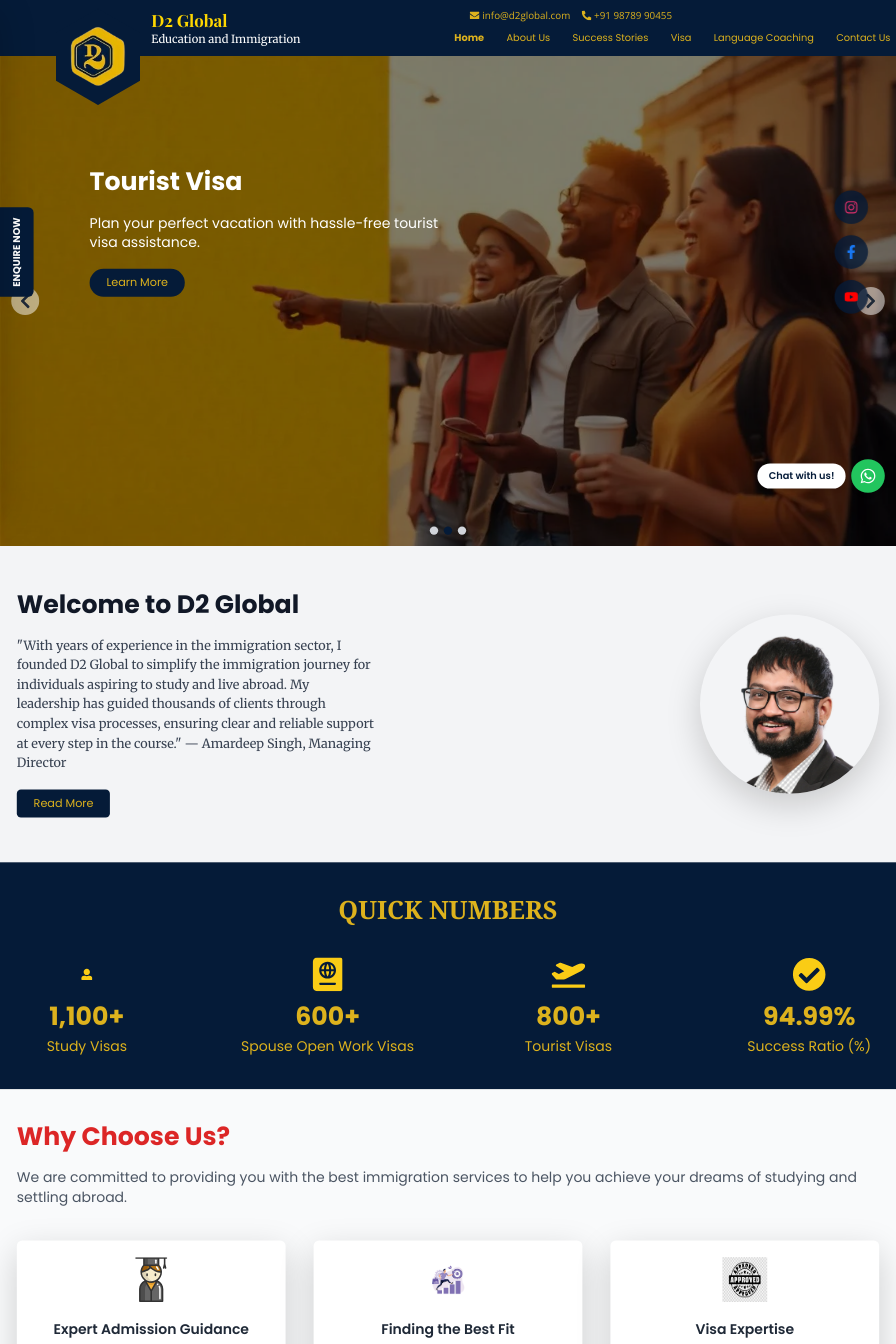
Repository: abhijeets54/d2globalbackup
Page: /
The author's editor kept a copy of each file at every save. The page is drawn from the files as they stood at one save, then again after the next save.
The browser window is 1280 px wide. The pictures show the part of the page from y = 0 to 1920 px (the page is 5754 px tall), at 70% of full size.
Some web fonts or font styles are not loaded; a fallback is used. The project was rebuilt for these pictures with package versions that can differ from the ones it lists, and the page was loaded fresh each time. Also part of the build but not shown: vite.config.js, src/components/Logo.jsx, src/components/Button.jsx, src/components/PostCard.jsx, src/components/Input.jsx, src/components/WhatPeopleAreSaying.jsx, src/components/PassportServiceSlider.jsx, src/components/Register.jsx and 25 more.

Above is the page before, as saved 2024-10-22 13:58:34.

### index.html
<!doctype html>
<html lang="en">
  <head>
    <meta charset="UTF-8" />
    <link rel="icon" type="image/svg+xml" href="/logo.png" />
    <meta name="viewport" content="width=device-width, initial-scale=1.0" />
    <link href="https://fonts.googleapis.com/css2?family=Gothic+A1&family=Inconsolata:wght@200..900&family=Mukta:wght@200;300;400;500;600;700;800&family=Poppins:ital,wght@0,100;0,200;0,300;0,400;0,500;0,600;0,700;0,800;0,900;1,100;1,200;1,300;1,400;1,500;1,600;1,700;1,800;1,900&display=swap" rel="stylesheet">
    <link rel="preconnect" href="https://fonts.googleapis.com">
<link rel="preconnect" href="https://fonts.gstatic.com" crossorigin>
<link href="https://fonts.googleapis.com/css2?family=Lora:ital,wght@0,400..700;1,400..700&family=Merriweather:ital,wght@0,300;0,400;0,700;0,900;1,300;1,400;1,700;1,900&family=Open+Sans:ital,wght@0,300..800;1,300..800&family=Playfair+Display:ital,wght@0,400..900;1,400..900&display=swap" rel="stylesheet">
    <link rel="preconnect" href="https://fonts.googleapis.com">
<link rel="preconnect" href="https://fonts.gstatic.com" crossorigin>
<link href="https://fonts.googleapis.com/css2?family=Lora:ital,wght@0,400..700;1,400..700&family=Merriweather:ital,wght@0,300;0,400;0,700;0,900;1,300;1,400;1,700;1,900&family=Open+Sans:ital,wght@0,300..800;1,300..800&display=swap" rel="stylesheet">
    <link rel="preconnect" href="https://fonts.googleapis.com">
<link rel="preconnect" href="https://fonts.gstatic.com" crossorigin>
<link href="https://fonts.googleapis.com/css2?family=Merriweather:ital,wght@0,300;0,400;0,700;0,900;1,300;1,400;1,700;1,900&display=swap" rel="stylesheet">
    <link href="https://cdn.jsdelivr.net/npm/bootstrap@5.3.3/dist/css/bootstrap.min.css" rel="stylesheet" integrity="sha384-QWTKZyjpPEjISv5WaRU9OFeRpok6YctnYmDr5pNlyT2bRjXh0JMhjY6hW+ALEwIH" crossorigin="anonymous">
    <link
  rel="stylesheet"
  href="https://cdnjs.cloudflare.com/ajax/libs/font-awesome/5.15.3/css/all.min.css"
/>
    <title>D2 Global</title>
  </head>
  <body class="bg-slate-400">
    <div id="root"></div>
    <script src="https://cdn.jsdelivr.net/npm/bootstrap@5.3.3/dist/js/bootstrap.bundle.min.js" integrity="sha384-YvpcrYf0tY3lHB60NNkmXc5s9fDVZLESaAA55NDzOxhy9GkcIdslK1eN7N6jIeHz" crossorigin="anonymous"></script>
    <script type="module" src="/src/main.jsx"></script>
  </body>
</html>

### src/main.jsx
import React from 'react';
import ReactDOM from 'react-dom/client';
import { RouterProvider, createBrowserRouter } from 'react-router-dom';
import App from './App.jsx';
import './index.css';
import Home from './pages/Home.jsx';
import About from './components/About.jsx';
import Layout from './components/Layout.jsx';
import AboutUs from './pages/AboutUs.jsx';
import StudyUK from './pages/StudyUK.jsx';
import StudyAus from './pages/StudyAus.jsx';
import StudyCan from './pages/StudyCan.jsx';
import StudyNz from './pages/StudyNz.jsx';
import StudyUSA from './pages/StudyUSA.jsx';
import StudyEurope from './pages/StudyEurope.jsx';
import StudyDubai from './pages/StudyDubai.jsx';
import StudyAbroad from './pages/StudyAbroad.jsx';
import Training from './pages/Training.jsx';
import TouristVisa from './pages/TouristVisa.jsx';
import WorkVisa from './pages/WorkVisa.jsx';
import VisitorVisa from './pages/VisitorVisa.jsx';
import Contactpage from './pages/Contactpage.jsx';
import PR from './pages/PR.jsx';
import IELTSCoaching from './pages/IELTSCoaching.jsx';
import PTECoaching from './pages/PTECoaching.jsx';
import SuccessStories from './pages/SuccessStories.jsx';

const router = createBrowserRouter([
  {
    path: '/',
    element: <App />,
    children: [
      {
        element: <Layout />,
        children: [
          { path: '/', element: <Home /> },
          { path: '/About', element: <About />},
          { path: '/AboutUs', element: <AboutUs />},
          { path: '/StudyUK', element: <StudyUK /> },
          { path: '/StudyAus', element: <StudyAus /> },
          { path: '/StudyAbroad', element: <StudyAbroad /> },
          { path: '/Training', element: <Training /> },
          { path: '/SuccessStories', element: <SuccessStories /> },
          { path: '/StudyUSA', element: <StudyUSA /> },
          { path: '/Contactpage', element: <Contactpage /> },
          { path: '/IELTSCoaching', element: <IELTSCoaching /> },
          { path: '/PTECoaching', element: <PTECoaching /> },
          { path: '/PR', element: <PR /> },
          { path: '/WorkVisa', element: <WorkVisa /> },
          { path: '/StudyEurope', element: <StudyEurope /> },
          { path: '/StudyDubai', element: <StudyDubai /> },
          { path: '/TouristVisa', element: <TouristVisa /> },
          { path: '/VisitorVisa', element: <VisitorVisa /> },
          { path: '/StudyCan', element: <StudyCan /> },
          { path: '/StudyNz', element: <StudyNz /> },
        ],
      },
    ],
  },
]);

ReactDOM.createRoot(document.getElementById('root')).render(
  <React.StrictMode>
    <RouterProvider router={router} />
  </React.StrictMode>
);

### src/App.jsx
import React, { useState, useEffect } from 'react'
import './App.css'
import { Footer, Header } from './components'
import { Outlet } from 'react-router-dom'


function App() {
  const [loading, setLoading] = useState(false)

  return !loading ? (
    <div className='min-h-screen flex flex-wrap content-between bg-gray-400'>
      <div className='w-full block'>
        <Header />
        <main>
        <Outlet />
        </main>
        <Footer />
      </div>
    </div>
  ) : null
}

export default App

### src/pages/Home.jsx
import React, { useState } from 'react';
import { useNavigate } from 'react-router-dom';
import Collage from '../components/Collage';
import OurAssociates from '../components/OurAssociates';
import QuickNumbers from '../components/QuickNumbers';
import WhatPeopleAreSaying from '../components/WhatPeopleAreSaying';
import PassportServiceSlider from '../components/PassportServiceSlider';
import Register from '../components/Register';
import ContactSystem from '../components/ContactSystem';
import About from '../components/About';
import Offer from '../components/Offer';
import Countries from '../components/Countries';
import PopupForm from '../components/PopupForm';
import Events from '../components/Events';
import QuickEnquiry from '../components/ContactUs/QuickEnquiry';
import Choose from '../components/Choose';
import People from '../components/People';
import CollageWithAnimations from '../components/CollageWithAnimations';
import ResultsSlideshow from '../components/Results';
function Home() {
  const navigate = useNavigate();
  const [showFullText, setShowFullText] = useState(false);

  const handleReadMore = () => {
    navigate('/About');
  };

  const handleMoreAboutUs = () => {
    setShowFullText(!showFullText);
  };

  return (
    <>

   {/* <CollageWithAnimations/> */}
   {/* <PassportServiceSlider/> */}
      {/* <PopupForm /> */}
      <QuickEnquiry />
      <Collage />

        <About />
        {/* <People/> */}
        <QuickNumbers />
        <Choose/>
        <Offer />

        {/* <Timeline /> */}



            <Countries />


            <OurAssociates />
            {/* <ResultsSlideshow/>
          <WhatPeopleAreSaying /> */}

          {/* <Events /> */}

          {/* <Register /> */}
          <ContactSystem/>


    </>
  );
}

export default Home;

### src/components/About.jsx
import React, { useEffect, useState, useRef } from 'react';
import { useNavigate } from 'react-router-dom';

const About = () => {
  const [slideIn, setSlideIn] = useState(false);
  const aboutSectionRef = useRef(null);
  const navigate = useNavigate();

  useEffect(() => {
    const observer = new IntersectionObserver(
      (entries) => {
        entries.forEach((entry) => {
          if (entry.isIntersecting) {
            setSlideIn(true);
          }
        });
      },
      {
        threshold: 0.3,
      }
    );

    if (aboutSectionRef.current) {
      observer.observe(aboutSectionRef.current);
    }

    return () => {
      if (aboutSectionRef.current) {
        observer.unobserve(aboutSectionRef.current);
      }
    };
  }, []);

  const handleReadMore = () => {
    navigate('/AboutUs');
  };

  return (
    <div ref={aboutSectionRef} className="flex items-center justify-center bg-gray-100 py-12 md:py-16">
      <div className="container mx-auto flex flex-col md:flex-row items-center justify-between px-4">

        {/* Sliding Text Content */}
        <div
          className={`transform transition-transform duration-1000 ${
            slideIn ? 'translate-x-0' : '-translate-x-full'
          } mt-8 md:mt-0 md:mr-10 max-w-lg text-left md:text-left`}
        >
          <h2 className="text-3xl md:text-4xl  font-bold mb-4 text-gray-900">Welcome to D2 Global</h2>
          <p className="text-base font-merriweather md:text-lg text-gray-700">
          "With years of experience in the immigration sector, I founded D2 Global to simplify the immigration journey for individuals aspiring to study and live abroad. My leadership has guided thousands of clients through complex visa processes, ensuring clear and reliable support at every step in the course."

— Amardeep Singh, Managing Director
          </p>

          {/* Read More Button */}
          <button
            onClick={handleReadMore}
            className="mt-4 inline-block bg-customBlue text-customYellow px-6 py-2 rounded-md hover:bg-blue-600 transition-colors duration-300"
          >
            Read More
          </button>
        </div>

      {/* Sliding Image */}
<div
  className={`transform transition-transform duration-1000 ${
    slideIn ? 'translate-x-0' : 'translate-x-full'
  } mt-8 md:mt-0`}
>
  <img
    src="amar.webp"
    alt="Profile"
    className="rounded-full shadow-lg w-48 h-48 md:w-64 md:h-64 object-cover object-top mx-auto md:mx-0"
    style={{ objectPosition: 'top center' }} // This will center the face more
  />
</div>


      </div>
    </div>
  );
};

export default About;

### src/components/Layout.jsx
// src/components/Layout.jsx
import React from 'react';
import { Outlet, useNavigate } from 'react-router-dom';

const Layout = () => {
  const navigate = useNavigate();

  const handleDonateClick = () => {
    navigate('/Donate');
  };

  return (
    <div>
      <Outlet />
      {/* <a
        href="#top"
        className="fixed right-2 bottom-16 bg-blue-950 text-white hover:bg-yellow-500 py-1 px-2 rounded-2 h-8 w-10 mt-2"
        style={{ zIndex: 1000 }}
      >
        <img src="../../IOC Website pictures/icons8-top-50.png" alt="Go to top " />
      </a> */}
    </div>
  );
};

export default Layout;

### src/components/OurAssociates.jsx
import React from 'react';
import 'tailwindcss/tailwind.css';

const logos = [
  '/oxford.webp',
  '/regent.webp',
  '/webster.webp',
  '/avila.svg',
  '/iau.webp',
  '/bcnlip.webp',
  '/camino.webp',
  '/ihmgs.webp',
  '/uclan.webp',
  '/aura.webp',
  '/lyon.webp'
];

function OurAssociates() {
  return (
    <div className="bg-white py-10"> {/* Reduced padding */}
      <h4 className="text-center text-blue-950 mt-3 text-3xl sm:text-4xl lg:text-5xl font-semibold">
        OUR PARTNERS
      </h4>
      <br />
      <div className="overflow-hidden relative">
        <div className="flex animate-scroll space-x-6 sm:space-x-8 lg:space-x-10">
          {/* Duplicating logos to create seamless infinite scroll */}
          {logos.concat(logos).map((logo, index) => (
            <div key={index} className="flex-shrink-0">
              <img
                src={logo}
                alt={`Logo ${index + 1}`}
                className="h-20 w-20 sm:h-28 sm:w-28 lg:h-36 lg:w-36 object-contain"
              />
            </div>
          ))}
        </div>
      </div>
      {/* Adding additional space at the bottom */}
      <div className="mt-10"></div>
    </div>
  );
}

export default OurAssociates;

### src/components/QuickNumbers.jsx
import React, { useEffect, useState, useRef } from 'react';
import CountUp from 'react-countup';
import { FaUserAlt, FaPassport, FaPlaneDeparture, FaCheckCircle } from 'react-icons/fa';
import 'tailwindcss/tailwind.css';

const data = [
  {
    icon: <FaUserAlt className="h-12 w-12++ text-yellow-400 mb-2" />,
    number: 1100,
    label: 'Study Visas'
  },
  {
    icon: <FaPassport className="h-12 w-12 text-yellow-400 mb-2" />,
    number: 600,
    label: 'Spouse Open Work Visas'
  },
  {
    icon: <FaPlaneDeparture className="h-12 w-12 text-yellow-400 mb-2" />,
    number: 800,
    label: 'Tourist Visas'
  },
  {
    icon: <FaCheckCircle className="h-12 w-12 text-yellow-400 mb-2" />,
    number: 95,
    label: 'Success Ratio (%)',
    isDecimal: true,
  }
];

function QuickNumbers() {
  const [showCounts, setShowCounts] = useState(false);
  const quickNumbersRef = useRef(null);

  useEffect(() => {
    const observer = new IntersectionObserver(
      (entries) => {
        if (entries[0].isIntersecting) {
          setShowCounts(true);
        }
      },
      { threshold: 0.2 }
    );

    if (quickNumbersRef.current) {
      observer.observe(quickNumbersRef.current);
    }

    return () => {
      if (quickNumbersRef.current) {
        observer.unobserve(quickNumbersRef.current);
      }
    };
  }, []);

  return (
    <div ref={quickNumbersRef} className="bg-customBlue  w-full">
      <h2 className="text-center text-2xl sm:text-4xl font-serif font-extrabold text-customYellow pt-5 mb-8">
        QUICK NUMBERS
      </h2>

      {/* Responsive Grid Layout */}
      <div className="grid grid-cols-1 sm:grid-cols-2 lg:grid-cols-4 gap-8 lg:gap-24 mt-5 pb-5">
        {data.map((item, index) => (
          <div key={index} className="text-center text-customYellow flex flex-col items-center">
            <div className="quicknumber flex flex-col justify-center items-center">
              <div className="icon mb-2">{item.icon}</div>
              <h3 className="text-2xl sm:text-4xl font-bold">
                {showCounts && (
                  <CountUp
                    end={item.number}
                    duration={7}
                    decimals={item.isDecimal ? 2 : 0}
                    suffix={item.isDecimal ? "%" : "+"}
                  />
                )}
              </h3>
              <p className="mt-2 text-base sm:text-xl">{item.label}</p>
            </div>
          </div>
        ))}
      </div>
    </div>
  );
}

export default QuickNumbers;

### src/components/Offer.jsx
import React from 'react';
import { Link } from 'react-router-dom';
import 'tailwindcss/tailwind.css';

function Offer() {
  const studyAbroadImageUrl = '/student.webp'; // Update with actual image URL
  const ieltsPteImageUrl = '/ielts3.webp'; // Update with actual image URL
  const touristVisaImageUrl = '/tourist.webp'; // Update with actual image URL

  return (
    <div className="mx-auto bg-customBlue
    0 p-6 md:p-10 shadow">
      <h4 className="text-center text-customBlue mt-3 text-xl"></h4>
      <h2 className="text-center text-3xl font-serif  text-customYellow sm:text-4xl mt-3  font-extrabold mb-10 md:mb-16">What We Offer</h2>

      <div className="grid grid-cols-1 sm:grid-cols-2 md:grid-cols-3 gap-6">
        {/* First card: Study Abroad */}
        <div className="col cursor-pointer transform transition-transform hover:scale-105">
          <Link to="/StudyAbroad">
            <div className="card h-full bg-white rounded-lg shadow overflow-hidden">
              <img
                src={studyAbroadImageUrl}
                className="w-full h-52 sm:h-64 md:h-72 object-cover"
                alt="Study Abroad"
              />
              <div className="p-4">
                <h5 className="text-center text-lg sm:text-xl font-bold">Study Abroad</h5>
              </div>
            </div>
          </Link>
        </div>

        {/* Second card: IELTS/PTE */}
        <div className="col cursor-pointer transform transition-transform hover:scale-105">
          <Link to="/Training">
            <div className="card h-full bg-white rounded-lg shadow overflow-hidden">
              <img
                src={ieltsPteImageUrl}
                className="w-full h-52 sm:h-64 md:h-72 object-cover"
                alt="IELTS/PTE"
              />
              <div className="p-4">
                <h5 className="text-center text-lg sm:text-xl font-bold">Language Coaching</h5>
              </div>
            </div>
          </Link>
        </div>

        {/* Third card: Tourist Visa */}
        <div className="col cursor-pointer transform transition-transform hover:scale-105">
          <Link to="/TouristVisa">
            <div className="card h-full bg-white rounded-lg shadow overflow-hidden">
              <img
                src={touristVisaImageUrl}
                className="w-full h-52 sm:h-64 md:h-72 object-cover"
                alt="Tourist Visa"
              />
              <div className="p-4">
                <h5 className="text-center text-lg sm:text-xl font-bold">Tourist Visa</h5>
              </div>
            </div>
          </Link>
        </div>
      </div>
    </div>
  );
}

export default Offer;

### src/components/ContactUs/ContactUs.jsx
import React from 'react';
import '@fortawesome/fontawesome-free/css/all.min.css';

const ContactUs = () => {
  return (
    <footer className="bg-customBlue text-customYellow py-8">
      <div className="container mx-auto grid grid-cols-1 md:grid-cols-2 lg:grid-cols-4 gap-8 text-lg">

        {/* Logo and Company Name Section */}
        <div className="flex items-center md:items-start space-x-4">
          <img src="/logo.png" alt="D2 Global Logo" className="w-32 h-auto md:w-48" />
          <div className="flex flex-col">
            <p className="text-2xl font-bold">D2 Global</p>
            <p className="text-white text-lg">Education and Immigration</p>
          </div>
        </div>

        {/* Enquiries Section */}
        <div className="space-y-2 text-center md:text-left">
          <p className="font-bold text-2xl">Enquiries</p>
          <p>
            <i className="fas fa-envelope mr-2"></i>
            <a href="mailto:info@d2global.com" className="text-gray-400 hover:text-customYellow">
              info@d2global.in
            </a>
          </p>
          <p>
            <i className="fas fa-phone mr-2"></i>
            +91 98789 90455
          </p>
        </div>

        {/* Quick Links Section */}
        <div className="space-y-4 text-center md:text-left">
          <p className="font-bold text-2xl">Quick Links</p>
          <a href="/AboutUs" className="text-gray-400 hover:text-customYellow">About</a> <br />
          <a href="/StudyAbroad" className="text-gray-400 hover:text-customYellow">Study Abroad</a> <br />
          <a href="/TouristVisa" className="text-gray-400 hover:text-customYellow">Tourist Visa</a> <br />
          <a href="/ContactUs" className="text-gray-400 hover:text-customYellow">Contact Us</a> <br />
          <a href="/PR" className="text-gray-400 hover:text-customYellow">Permanent Residency</a> <br />
          <a href="/Training" className="text-gray-400 hover:text-customYellow">Training</a>
        </div>

        {/* Google Maps Location Section */}
        <div className="space-y-2">
          <p className="font-bold text-2xl text-center md:text-left">Our Location</p>
          <iframe
            src="https://www.google.com/maps/embed?pb=!1m18!1m12!1m3!1d3424.0981680924483!2d75.84533397619774!3d30.88391467830946!2m3!1f0!2f0!3f0!3m2!1i1024!2i768!4f13.1!3m3!1m2!1s0x391a8256b1dba32d%3A0x89337467ae3275ed!2sD2%20Global!5e0!3m2!1sen!2sin!4v1728041069574!5m2!1sen!2sin"
            width="100%"
            height="200"
            allowFullScreen=""
            loading="lazy"
            title="Google Map"
            className="border-0"
          />
        </div>

      </div>

      {/* Footer Bottom */}
      <div className="text-center text-customYellow mt-8 text-lg">
        <p>All rights reserved © D2 Global.</p>
      </div>
    </footer>
  );
};

export default ContactUs;

### src/components/container/Container.jsx
import React from 'react'

function Container({ children }) {
  return <div className='w-full'>{children}</div>
}

export default Container

Loaded but not shown: tailwind.config.js (53 lines, source omitted); src/components/index.js (19 lines, source omitted); src/components/ContactSystem.jsx (260 lines, source omitted); src/components/Header/Header.jsx (248 lines, source omitted); src/components/ContactUs/QuickEnquiry.jsx (178 lines, source omitted); src/components/Countries.jsx (133 lines, source omitted); src/components/Collage.jsx (159 lines, source omitted); src/components/Choose.jsx (155 lines, source omitted); src/App.css (212 lines, source omitted); src/index.css (166 lines, source omitted)

After the next save:
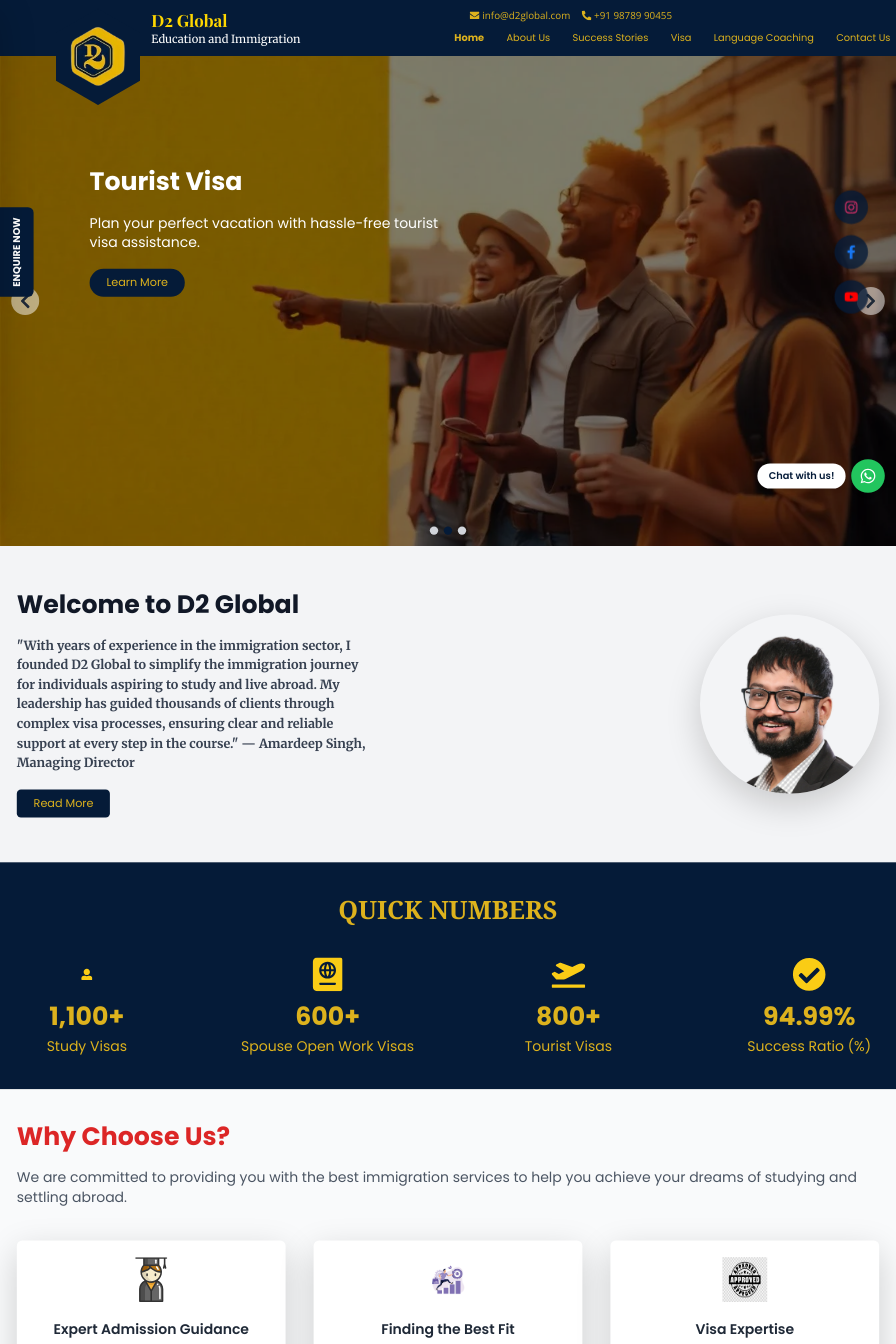
Saved 7 s later.
--- a/src/components/About.jsx
+++ b/src/components/About.jsx
@@ -46,7 +46,7 @@
           } mt-8 md:mt-0 md:mr-10 max-w-lg text-left md:text-left`}
         >
           <h2 className="text-3xl md:text-4xl  font-bold mb-4 text-gray-900">Welcome to D2 Global</h2>
-          <p className="text-base font-merriweather md:text-lg text-gray-700">
+          <p className="text-base font-merriweather font-bold md:text-lg text-gray-700">
           "With years of experience in the immigration sector, I founded D2 Global to simplify the immigration journey for individuals aspiring to study and live abroad. My leadership has guided thousands of clients through complex visa processes, ensuring clear and reliable support at every step in the course."
 
 — Amardeep Singh, Managing Director
